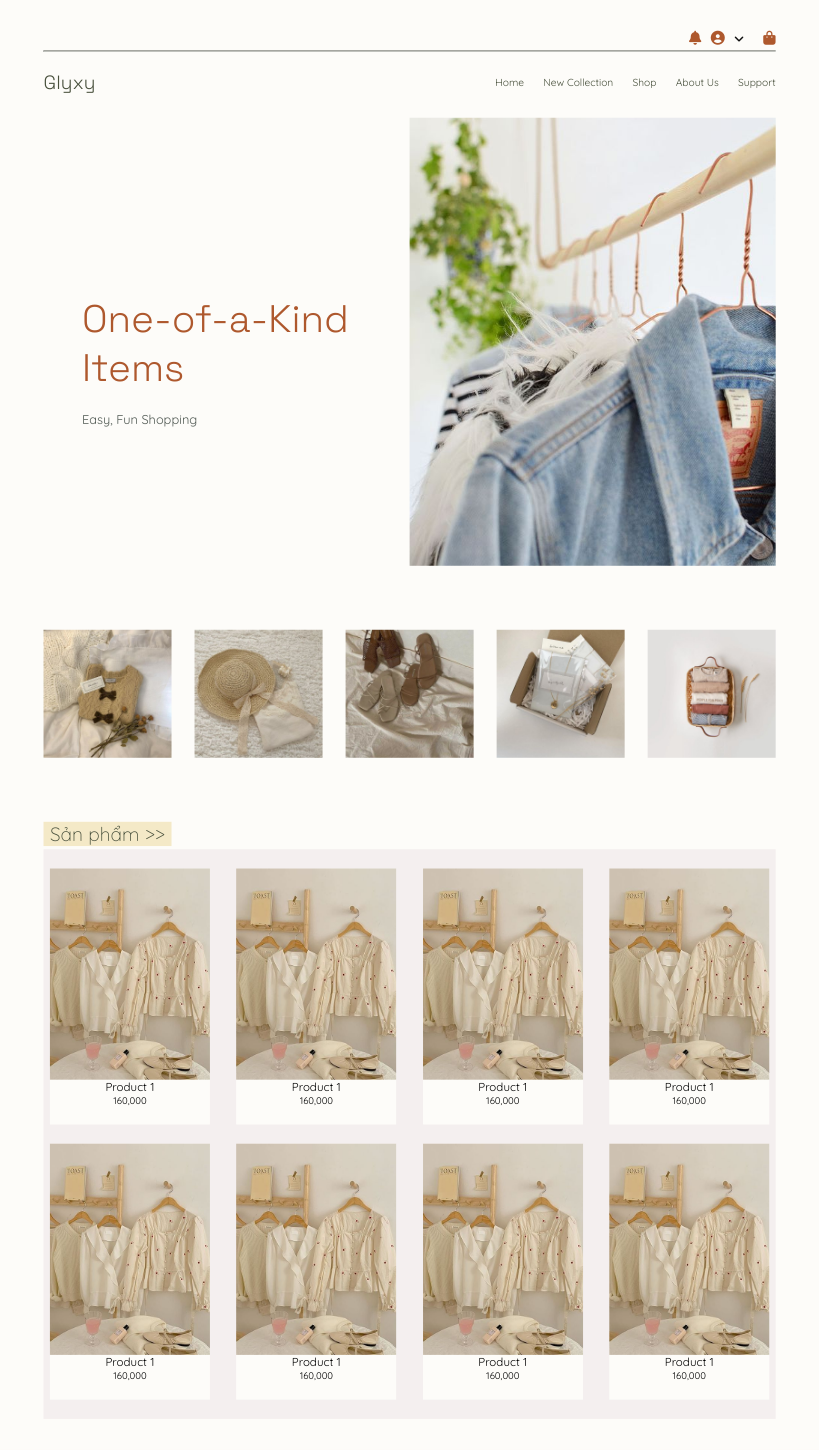
Repository: nganha241/store
Page: index.html
An editor plug-in stored every save of this project. The page is shown before and after a run of saves, followed by the edit.
The browser window is 1280 px wide. The pictures show the whole page, at 64% of full size.
Some web libraries are served in a nearby version.

Above is the page before, as saved 2022-04-16 19:39:49.

After the next 2 saves:
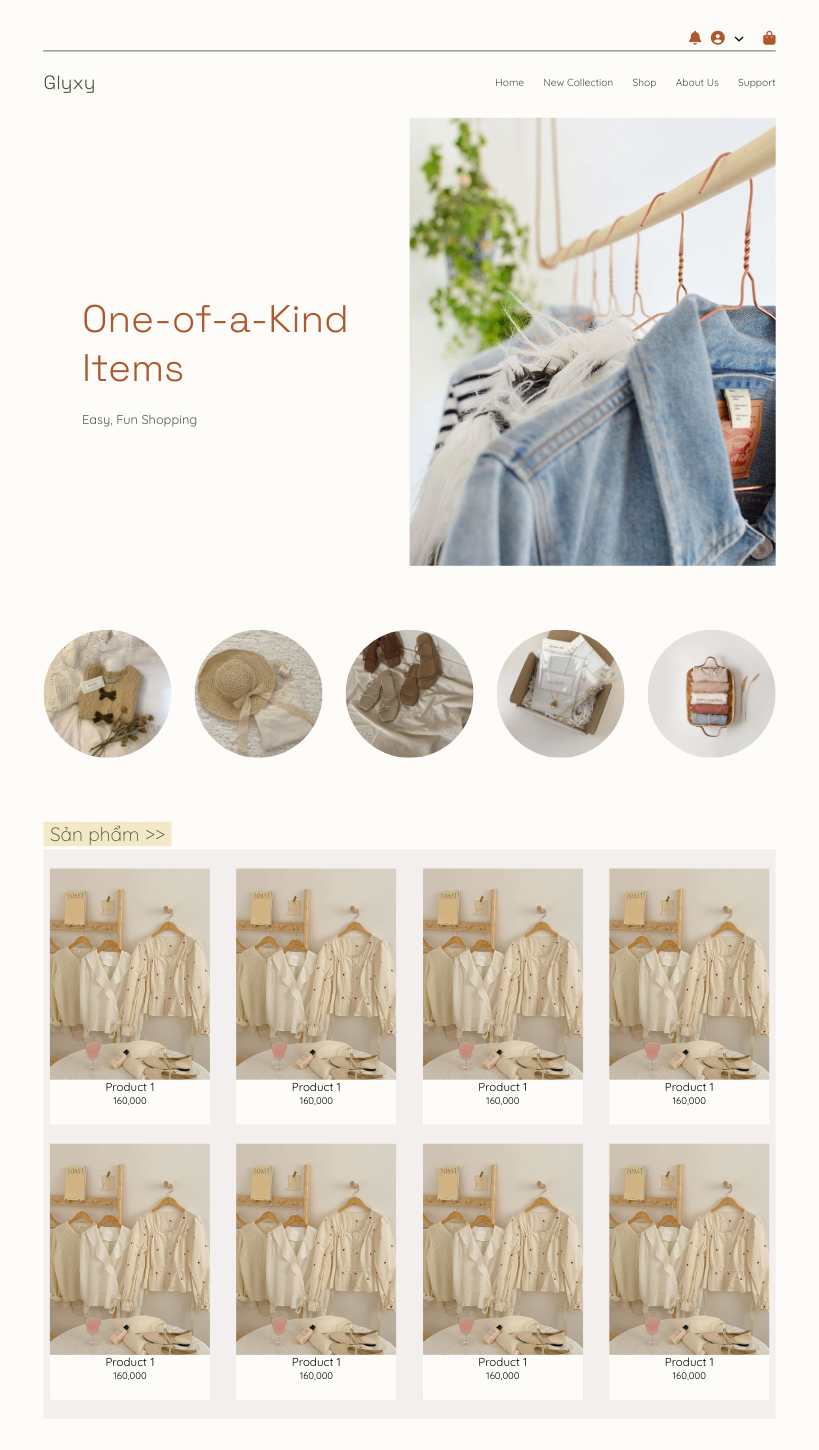
The 2 saves are shown as one change because they came seconds apart.
The last was saved 17 s later.
--- a/style.css
+++ b/style.css
@@ -152,17 +152,19 @@ li {
 }
 
 .section .intro .intro-card {
-    border-radius: 50%;
+
 }
 
 .section .intro .intro-card .intro-img {
     width: 200px;
     height: 200px;
+    border-radius: 50%;
 }
 
 .section .intro .intro-card .intro-img img {
     width: 100%;
     height: 100%;
+    border-radius: 50%;
 }
 
 .section .pro-title{
